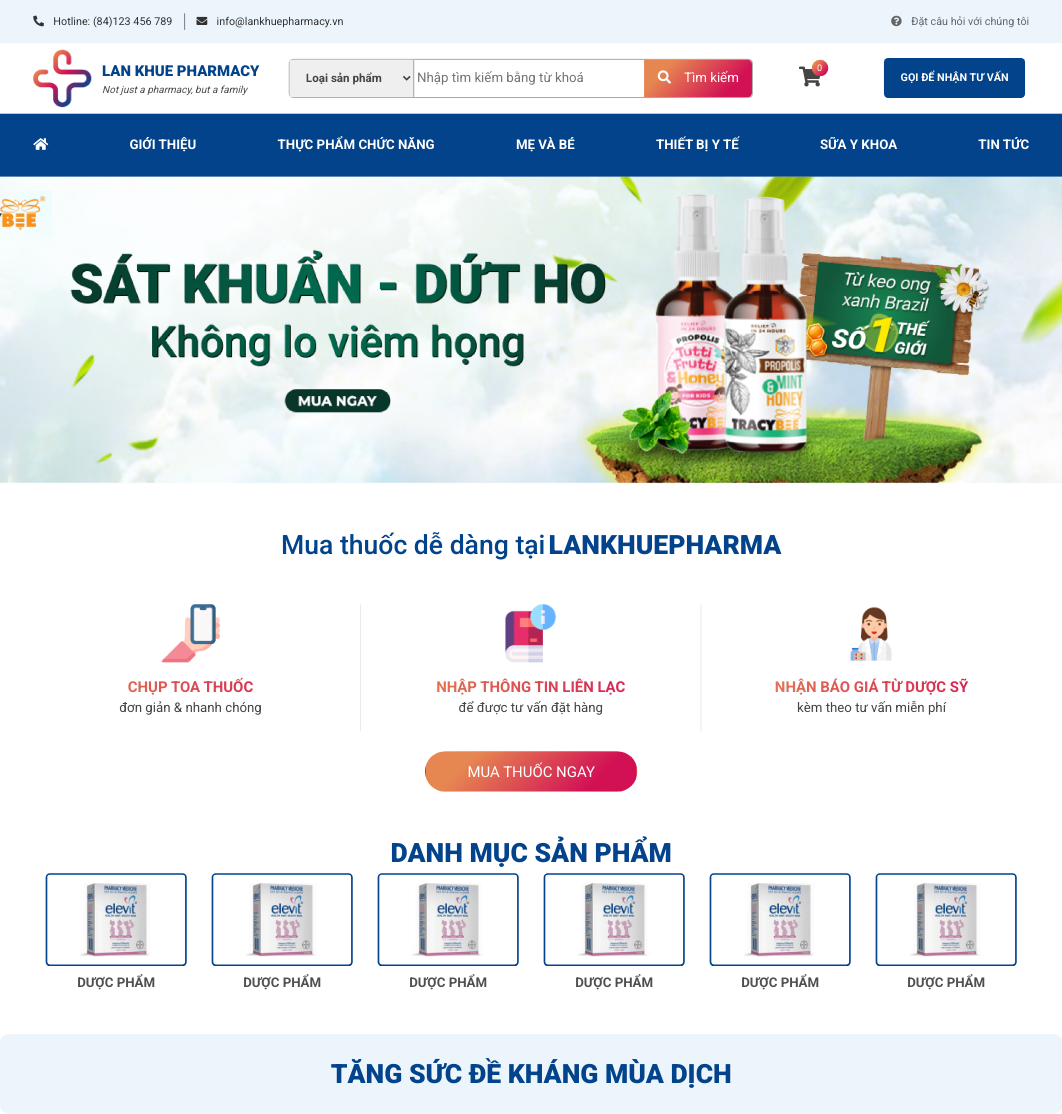
Repository: haianh12082001/Lan-khue
Page: index.html
An editor plug-in stored every save of this project. The page is shown before and after the next save, followed by the edit.
The browser window is 1280 px wide. The pictures show the whole page, at 83% of full size.
Some web libraries are served in a nearby version. The style sheet was rebuilt from its Sass, Less or Tailwind sources for each picture, by a compiler version that may differ from the author's.

Above is the page before, as saved 2021-12-18 14:51:09.

### index.html
<!DOCTYPE html>
<html lang="en">
    <head>
        <meta charset="UTF-8" />
        <meta http-equiv="X-UA-Compatible" content="IE=edge" />
        <meta name="viewport" content="width=device-width, initial-scale=1.0" />
        <title>Document</title>
        <link href="https://fonts.googleapis.com/css2?family=Roboto:wght@400;500;700;900&display=swap" rel="stylesheet" />
        <link rel="stylesheet" href="./assets/fonts/fontawesome-free-5.15.3/css/all.min.css" />
        <link
            rel="stylesheet"
            href="https://cdn.jsdelivr.net/npm/bootstrap@4.6.0/dist/css/bootstrap.min.css"
            integrity="sha384-B0vP5xmATw1+K9KRQjQERJvTumQW0nPEzvF6L/Z6nronJ3oUOFUFpCjEUQouq2+l"
            crossorigin="anonymous"
        />
        <link rel="stylesheet" type="text/css" href="https://cdn.jsdelivr.net/npm/slick-carousel@1.8.1/slick/slick.css" />
        <link rel="stylesheet" href="./assets/css/app.css" />
    </head>
    <body>
        <div class="top-header">
            <div class="container">
                <div class="py-3 d-flex justify-content-between align-items-center">
                    <div class="info d-flex">
                        <div class="top-header-hotline">
                            <i class="fas fa-phone-alt"></i>
                            Hotline: (84)123 456 789
                        </div>
                        <div class="top-header-email">
                            <i class="fas fa-envelope"></i>
                            info@lankhuepharmacy.vn
                        </div>
                    </div>
                    <div class="question">
                        <a href="">
                            <i class="fas fa-question-circle"></i>
                            Đặt câu hỏi với chúng tôi
                        </a>
                    </div>
                </div>
            </div>
        </div>
        <header class="header">
            <div class="header-searchbar py-2">
                <div class="container">
                    <div class="row align-items-center">
                        <div class="col-lg-3 col-3">
                            <div class="header-logo">
                                <a href="" class="d-flex flex-shrink-0">
                                    <img src="./assets/img/logo.png" alt="" />
                                    <div class="body">
                                        <div class="name">LAN KHUE PHARMACY</div>
                                        <div class="slogan">Not just a pharmacy, but a family</div>
                                    </div>
                                </a>
                            </div>
                        </div>
                        <div class="col-lg-6 col-3">
                            <div class="input-group">
                                <form action="" class="header-search">
                                    <select name="CatId" id="catalog">
                                        <option value="">Loại sản phẩm</option>
                                        <option value="">Danh mục thuốc</option>
                                        <option value="">Thực Phẩm Chức Năng</option>
                                        <option value="">Mẹ Và Bé</option>
                                        <option value="">Thiết Bị Y Tế</option>
                                        <option value="">Sữa y khoa</option>
                                        <option value="">Các sản phẩm khác</option>
                                    </select>
                                    <input type="text" placeholder="Nhập tìm kiếm bằng từ khoá" />

                                    <button type="submit">
                                        <i class="fas fa-search"></i>
                                        Tìm kiếm
                                    </button>
                                </form>
                            </div>
                        </div>
                        <div class="col-lg-1 col-3 d-flex align-items-center">
                            <div class="header-cart position-relative">
                                <i class="fas fa-shopping-cart"></i>
                                <span id="itemshop">0</span>
                            </div>
                        </div>
                        <div class="col-lg-2 col-3 d-none d-lg-block">
                            <a href="" class="header-btn"> Gọi để nhận tư vấn </a>
                        </div>
                    </div>
                </div>
            </div>
            <div class="header-menu">
                <div class="container">
                    <ul class="menu-list">
                        <li class="menu-item">
                            <a href=""><i class="fas fa-home"></i></a>
                        </li>
                        <li class="menu-item">
                            <a href="">Giới thiệu</a>
                        </li>
                        <li class="menu-item">
                            <a href="">Thực phẩm chức năng</a>
                        </li>
                        <li class="menu-item">
                            <a href="">Mẹ và bé</a>
                        </li>
                        <li class="menu-item">
                            <a href="">Thiết bị y tế</a>
                        </li>
                        <li class="menu-item">
                            <a href="">Sữa y khoa</a>
                        </li>
                        <li class="menu-item">
                            <a href="">Tin tức</a>
                        </li>
                    </ul>
                </div>
            </div>
        </header>
        <section class="banner">
            <img src="./assets/img/banner.jpg" alt="" />
        </section>
        <!-- Mua thuốc dễ dàng tại lankhuepharma -->
        <section class="section-buy-medicine">
            <div class="container">
                <div class="text-center">
                    <span class="title-sub">Mua thuốc dễ dàng tại</span>
                    <span class="section-title">lankhuepharma</span>
                </div>
                <div class="row pt-lg-5">
                    <div class="col-lg-4 item">
                        <div class="text-center">
                            <img src="./assets/img/buy-medicine/selfie 1.png" alt="" />
                            <div class="body p-3">
                                <div class="name">Chụp toa thuốc</div>
                                <div class="des">đơn giản & nhanh chóng</div>
                            </div>
                        </div>
                    </div>
                    <div class="col-lg-4 item">
                        <div class="text-center">
                            <img src="./assets/img/buy-medicine/Group 375.png" alt="" />
                            <div class="body p-3">
                                <div class="name">nhập thông tin liên lạc</div>
                                <div class="des">để được tư vấn đặt hàng</div>
                            </div>
                        </div>
                    </div>
                    <div class="col-lg-4 item">
                        <div class="text-center">
                            <img src="./assets/img/buy-medicine/pharmacist 1.png" alt="" />
                            <div class="body p-3">
                                <div class="name">nhận báo giá từ dược sỹ</div>
                                <div class="des">kèm theo tư vấn miễn phí</div>
                            </div>
                        </div>
                    </div>
                </div>
                <div class="text-center pt-lg-4">
                    <a href="" class="btn">Mua thuốc ngay</a>
                </div>
            </div>
        </section>
        <!-- Danh mục sản phẩm -->
        <section class="product-category">
            <div class="container">
                <div class="section-title text-center">danh mục sản phẩm</div>
                <div class="list">
                    <div class="item">
                        <div class="product-category-img">
                            <a href=""><img src="./assets/img/product-category/elevit-196915 1.jpg" alt="" /></a>
                        </div>
                        <a href="" class="name">Dược phẩm</a>
                    </div>
                    <div class="item">
                        <div class="product-category-img">
                            <a href=""><img src="./assets/img/product-category/elevit-196915 1.jpg" alt="" /></a>
                        </div>
                        <a href="" class="name">Dược phẩm</a>
                    </div>
                    <div class="item">
                        <div class="product-category-img">
                            <a href=""><img src="./assets/img/product-category/elevit-196915 1.jpg" alt="" /></a>
                        </div>
                        <a href="" class="name">Dược phẩm</a>
                    </div>
                    <div class="item">
                        <div class="product-category-img">
                            <a href=""><img src="./assets/img/product-category/elevit-196915 1.jpg" alt="" /></a>
                        </div>
                        <a href="" class="name">Dược phẩm</a>
                    </div>
                    <div class="item">
                        <div class="product-category-img">
                            <a href=""><img src="./assets/img/product-category/elevit-196915 1.jpg" alt="" /></a>
                        </div>
                        <a href="" class="name">Dược phẩm</a>
                    </div>
                    <div class="item">
                        <div class="product-category-img">
                            <a href=""><img src="./assets/img/product-category/elevit-196915 1.jpg" alt="" /></a>
                        </div>
                        <a href="" class="name">Dược phẩm</a>
                    </div>
                </div>
            </div>
        </section>
        <!-- Tăng sức đề kháng mùa dịch -->
        <section class="bg-light-blue">
            <div class="container">
                <div class="section-title text-center py-4">Tăng sức đề kháng mùa dịch</div>
            </div>
        </section>
        <script type="text/javascript" src="https://code.jquery.com/jquery-1.11.0.min.js"></script>
        <script type="text/javascript" src="https://code.jquery.com/jquery-migrate-1.2.1.min.js"></script>
        <script
            src="https://cdnjs.cloudflare.com/ajax/libs/bootstrap/4.6.0/js/bootstrap.min.js"
            integrity="sha512-XKa9Hemdy1Ui3KSGgJdgMyYlUg1gM+QhL6cnlyTe2qzMCYm4nAZ1PsVerQzTTXzonUR+dmswHqgJPuwCq1MaAg=="
            crossorigin="anonymous"
            referrerpolicy="no-referrer"
        ></script>
        <script type="text/javascript" src="https://cdn.jsdelivr.net/npm/slick-carousel@1.8.1/slick/slick.min.js"></script>
        <script src="./assets/js/main.js"></script>
    </body>
</html>

### assets/js/main.js
$(document).ready(function () {
    $('.product-category .list').slick({
        slidesToShow: 6,
        slidesToScroll: 1,
        infinite: true,
        arrows: false,
        speed: 2000,
        autoplaySpeed: 3000,

    });
})

### assets/sass/app.scss
@import "variables";
@import "mixin";
@import "reset";
@import "global";
@import "header";
@import "body";

### assets/sass/_variables.scss
$black: #444444;
$gray: #656565;
$blue: #02438b;
$white: #ffffff;
$background-gradient: linear-gradient(134.52deg, #e68651 21.07%, #d21155 79.08%);

### assets/sass/_mixin.scss
@mixin maxWidth($q) {
    @media screen and (max-width: $q) {
        @content;
    }
}
@mixin minWidth($q) {
    @media screen and (min-width: $q) {
        @content;
    }
}

@mixin text-gradient {
    color: transparent;
    background-clip: text;
    -webkit-background-clip: text;
    background-image: linear-gradient(to right, #e68651, #d21155);
}
@mixin text-truncate($q) {
    display: -webkit-box;
    -webkit-line-clamp: $q;
    -webkit-box-orient: vertical;
    overflow: hidden;
    text-overflow: ellipsis;
    word-break: break-word;
}

### assets/sass/_reset.scss
html {
    box-sizing: border-box;
    scroll-behavior: smooth;
}
* {
    margin: 0;
    padding: 0;
}
*,
*:before,
*:after {
    box-sizing: border-box;
}
input,
textarea,
select,
button {
    outline: none;
}
input {
    line-height: normal;
    outline: none;
    box-shadow: none;
}
input:focus {
    outline: 0;
    border: none;
    box-shadow: none;
}
ul,
li {
    margin: 0;
    padding: 0;
    list-style: none;
}
label,
button {
    cursor: pointer;
}
a {
    text-decoration: none;

    &:hover {
        text-decoration: none;
    }
}
img {
    max-width: 100%;
    object-fit: cover;
}
.gutters-5 > [class*="col-"] {
    padding-right: 5px;
    padding-left: 5px;
}

### assets/sass/_global.scss
.container {
    max-width: 1230px;
    margin: 0 auto;
    padding: 0 15px;
}
body {
    margin: 0;
    padding: 0;
    width: 100%;
    font-size: 16px;
    color: $black;
    font-family: "Roboto", sans-serif;
    @include maxWidth(768px) {
        font-size: 14px;
    }
}
.section-title {
    font-size: 32px;
    text-transform: uppercase;
    color: $blue;
    font-weight: 900;
}

### assets/sass/_header.scss
.top-header {
    background: #ebf5fb;
    font-size: 13px;
    color: $gray;
    .info {
        color: #333333;
    }
    .question a {
        color: $gray;
    }
    i {
        margin-right: 8px;
    }
}
.top-header-hotline {
    padding-right: 14px;
    border-right: 1px solid $gray;
}
.top-header-email {
    padding-left: 14px;
}
.header-logo {
    flex: 1;
    img {
        width: 70px;
        height: 69px;
        object-fit: contain;
    }
    .body {
        margin-left: 13px;
        display: flex;
        flex-direction: column;
        justify-content: center;
    }
    .name {
        font-weight: 900;
        color: $blue;
        font-size: 18px;
    }
    .slogan {
        font-size: 12px;
        color: #4a4a4a;
        font-style: italic;
    }
}
.header-search {
    background: #ffffff;
    border: 1px solid #949494;
    box-sizing: border-box;
    border-radius: 5px;
    #catalog {
        border: none;
        padding: 0 16px;
        height: 100%;
        width: 150px;
        font-size: 14px;
        color: #444444;
        font-weight: bold;
        border-right: 0.25px solid #949494;
        // width: 30%;
    }
    input {
        border: none;
        width: 270px;
        // max-width: 300px;
    }
    button {
        background: $background-gradient;
        border: none;
        height: 45px;
        padding: 0 16px;
        border-radius: 0px 5px 5px 0px;
        color: $white;
        i {
            margin-right: 12px;
        }
    }
}
.header-cart {
    i {
        font-size: 24px;
    }
    span {
        width: 20px;
        height: 20px;
        display: flex;
        align-items: center;
        justify-content: center;
        position: absolute;
        background: $background-gradient;
        border-radius: 100rem;
        top: -8px;
        right: -8px;
        font-size: 11px;
        color: $white;
    }
}
.header-btn {
    padding: 14px 20px;
    background: $blue;
    display: inline-block;
    border-radius: 5px;
    color: $white;
    font-weight: 700;
    text-transform: uppercase;
    font-size: 13px;
    &:hover {
        color: $white;
    }
}
.header-menu {
    background: $blue;
}
.menu-list {
    display: flex;
    justify-content: space-between;
    text-transform: uppercase;
    padding: 26px 0;
    font-weight: 700;
    a {
        color: $white;
    }
}

### assets/sass/_body.scss
.banner img {
    height: 369px;
    width: 100%;
    object-fit: cover;
}
.section-buy-medicine {
    padding: 50px 0;
    .title-sub {
        color: $blue;
        font-size: 32px;
        font-weight: 500;
    }
    .item {
        border-right: 1px solid #e1e7ed;
        &:last-child {
            border: none;
        }
    }
    .name {
        text-transform: uppercase;
        font-size: 18px;
        font-weight: bold;
        @include text-gradient;
    }
    img {
        max-height: 70px;
    }
    .btn {
        background: $background-gradient;
        text-transform: uppercase;
        color: $white;
        font-size: 18px;
        padding: 10px 50px;
        border-radius: 50px;
    }
}
.product-category {
    padding-bottom: 50px;
    .item {
        padding: 0 15px;
    }
    &-img {
        border: 2px solid $blue;
        border-radius: 5px;
        display: flex;
        justify-content: center;
        height: 112px;
        img {
            height: 100%;
            padding: 10px 0;
        }
    }
    .name {
        margin-top: 8px;
        text-align: center;
        text-transform: uppercase;
        color: #505050;
        display: block;
        font-weight: 700;
        @include text-truncate(2);
        &:hover {
            color: $blue;
        }
    }
}
.bg-light-blue {
    background: #ebf5fb;
    border-radius: 10px;
}

Loaded but not shown: assets/fonts/fontawesome-free-5.15.3/css/all.min.css (library)

After the next save:
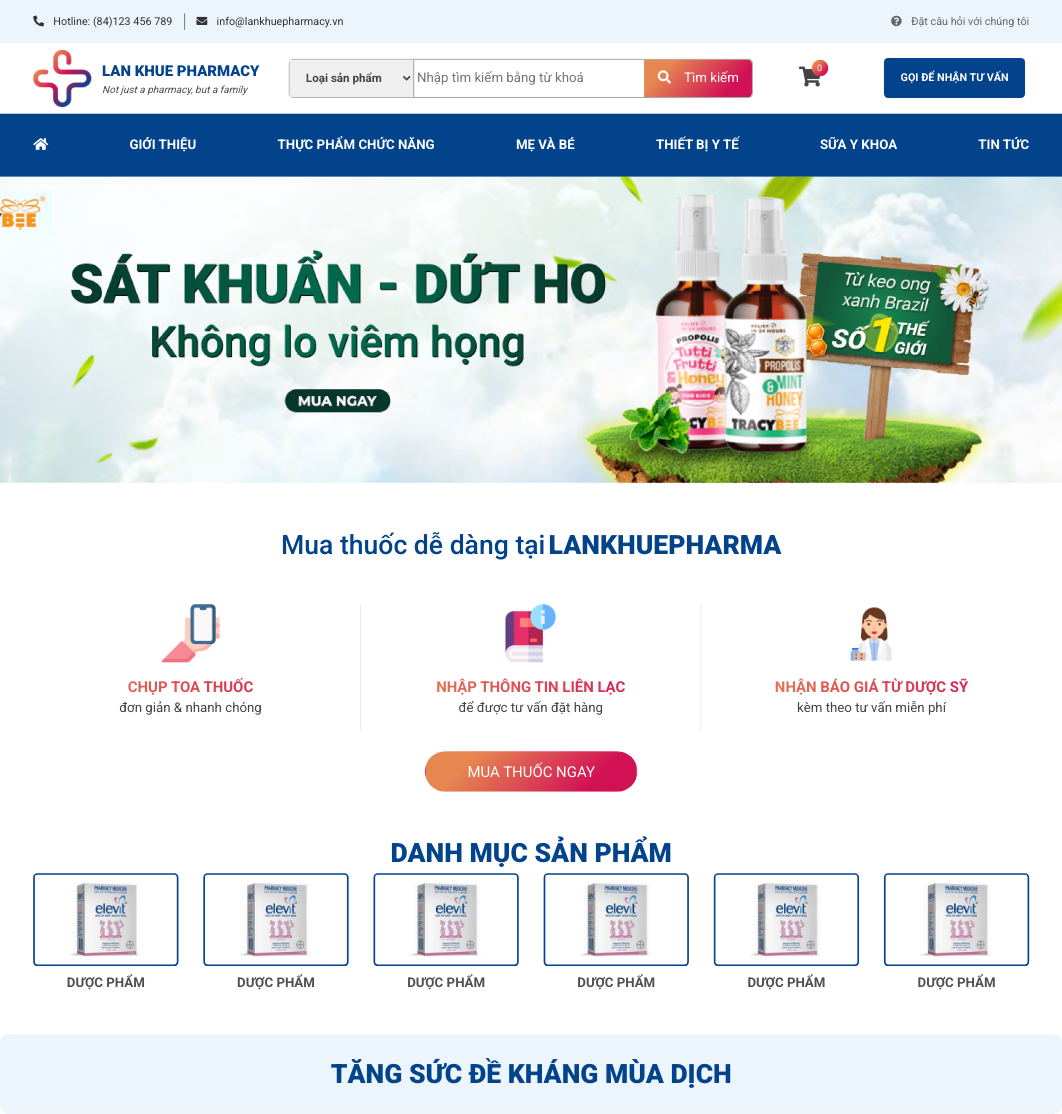
Saved 67 s later.
--- a/assets/sass/_body.scss
+++ b/assets/sass/_body.scss
@@ -62,6 +62,9 @@
             color: $blue;
         }
     }
+    .slick-list {
+        margin: 0 -15px;
+    }
 }
 .bg-light-blue {
     background: #ebf5fb;
